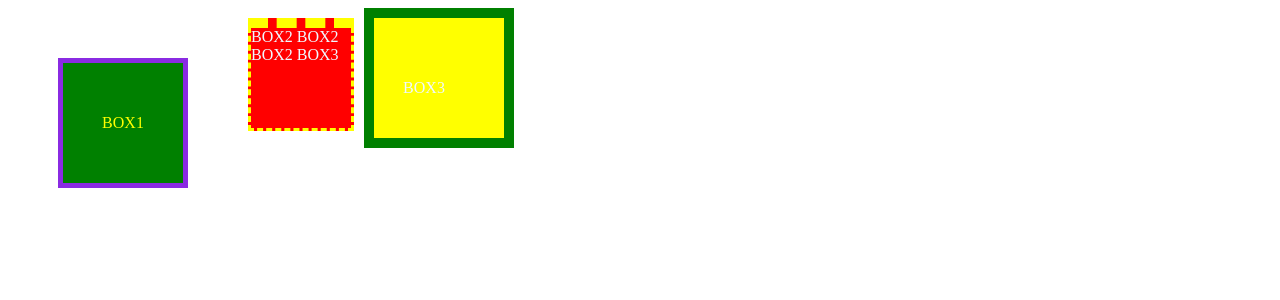
Repository: Ducspdn/WeTheBandF8
Page: html_learn_f8/padding.html
The author's editor kept a copy of each file at every save. The page is drawn from the files as they stood at one save, then again after the next save.
The browser window is 1280 px wide. The pictures show the whole page.

Above is the page before, as saved 2023-01-12 20:50:01.

### html_learn_f8/padding.html
<!DOCTYPE html>
<html lang="vi">
    <head>
        <title>HELLO</title>
        <style>
            .box1{
                background: green;
                width: 100px;
                height: 100px;
                color: yellow;
                display: flex;
                align-items: center;
                justify-content: center;
                padding : 10px ;
                /* css boder : viền bao xung quanh và solid mặc định là 2px */
                border: 5px;
                border-color: blueviolet;
                border-style: solid;
                margin: 50px;
                float: left;
            }
            .box2{
                background : red;
                width: 100px;
                height: 100px;
                color: aliceblue;
                display : flex ;
                justify-content: center;
                align-content: center;
                border-top : 10px ;
                border-style: dashed;
                border-color: yellow;
                /* css margin : không làm tăng kich thước của element và nó dùng di chuyển element đến vị trí khác */
                margin : 10px;
                float: left;
                /* box-sizing : boder-box : công dụng dùng để trả về kich thước ban đầu mong muốn = padding + magrin + boder */

            }
            .box3{
                background: yellow;
                width: 100px;
                height: 100px;
                color: aliceblue;
                display: flex;
                justify-content: center;
                align-items: center;
                /*  css padding : đệm làm backgroud lớn hơn  */
                padding-top: 20px;
                padding-right: 30px;
                /* css margin : không tắng kich thước element , dùng để di chuyển đến vị trí mới  */
                margin-right :100px ;
                /* boder : viền bao xung quanh các eletment, boder và padding làm tăng kich thước */
                border: 10px solid green;
                /* float : left : đưa các element vè bên trái trên màn hình */
                float : left ;
            }

        </style>
    </head>
    <body>
        <!-- division : là thẻ dùng để nhóm nhiều phần tử trong html thành một khối để dễ dàng css -->
        <div class=" box box1">BOX1</div>
        <div class=" box box2"> BOX2 BOX2 BOX2 BOX3 </div>
        <div class=" box box3">BOX3</div>

    </body>

</html>

After the next save:
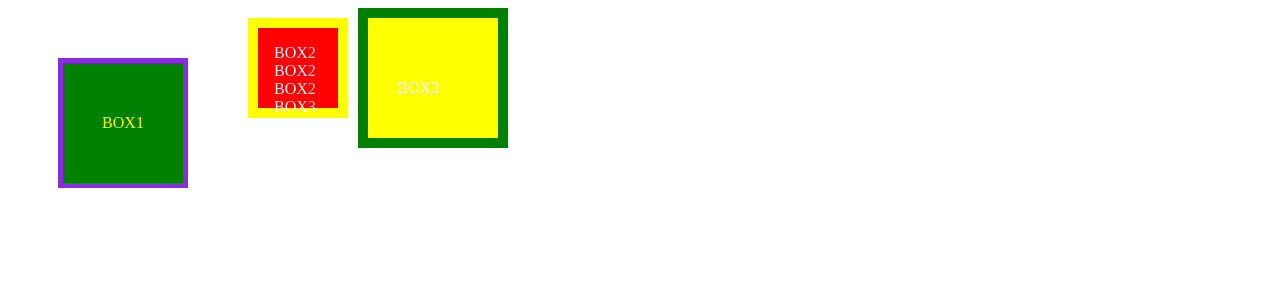
Saved 99 s later.
--- a/html_learn_f8/padding.html
+++ b/html_learn_f8/padding.html
@@ -27,13 +27,15 @@
                 display : flex ;
                 justify-content: center;
                 align-content: center;
-                border-top : 10px ;
-                border-style: dashed;
+                border : 10px ;
+                border-style: solid;
                 border-color: yellow;
+                padding : 16px ;
                 /* css margin : không làm tăng kich thước của element và nó dùng di chuyển element đến vị trí khác */
                 margin : 10px;
                 float: left;
-                /* box-sizing : boder-box : công dụng dùng để trả về kich thước ban đầu mong muốn = padding + magrin + boder */
+                box-sizing: border-box;
+                /* box-sizing : boder-box : công dụng dùng để trả về kich thước ban đầu mong muốn  sau khi bị thay đổi = padding + magrin + boder */
 
             }
             .box3{
